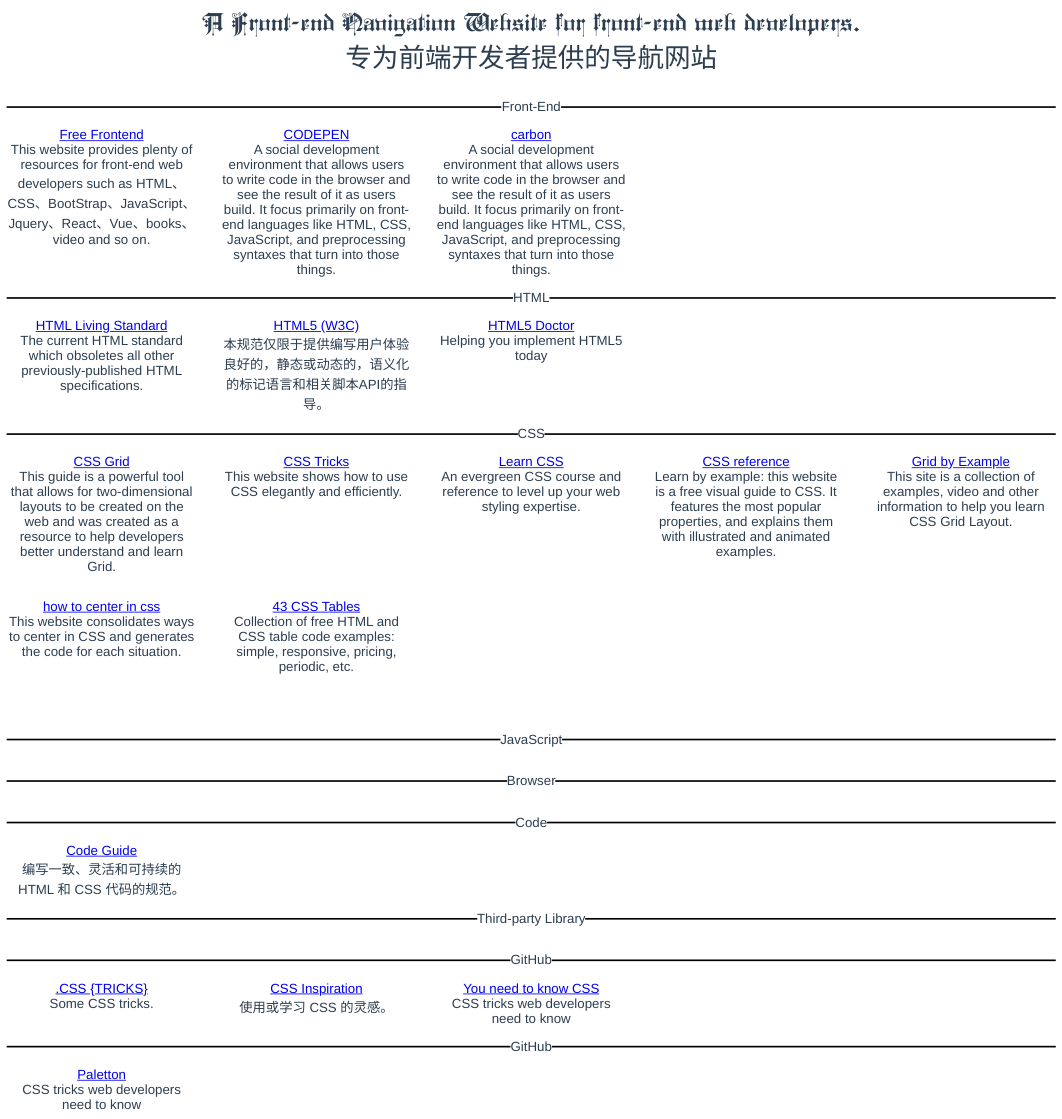
Repository: 321paranoiawhy/fenav.io
Page: /
The author's editor kept a copy of each file at every save. The page is drawn from the files as they stood at one save, then again after a run of saves.
The browser window is 1280 px wide. The pictures show the whole page, at 83% of full size.
The project was rebuilt for these pictures with package versions that can differ from the ones it lists, and the page was loaded fresh each time. Also part of the build but not shown: vue.config.js.

Above is the page before, as saved 2022-04-06 01:06:21.

After the next 2 saves:
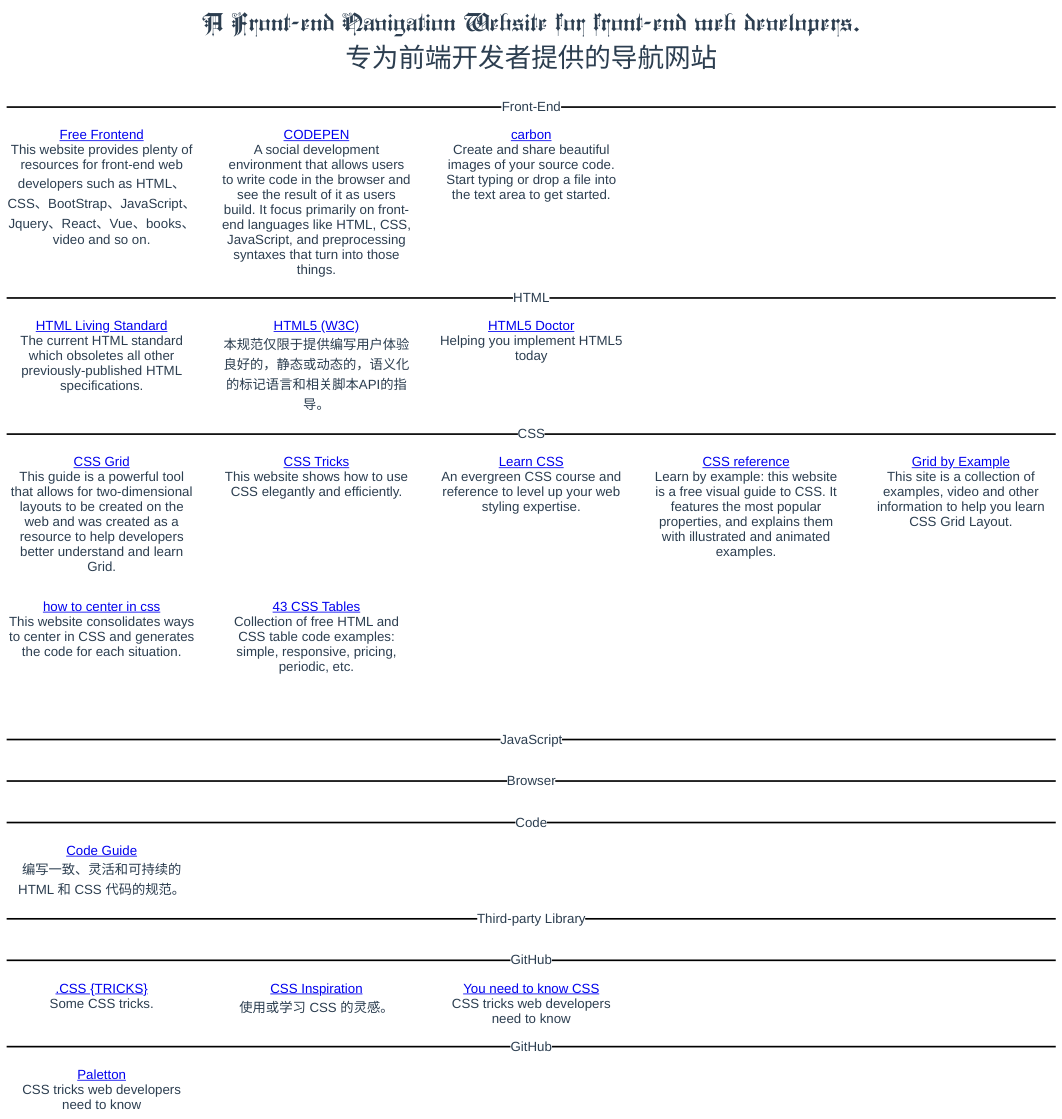
The 2 saves are shown as one change because they came seconds apart.
The last was saved 14 s later.
--- a/src/views/HomeView.vue
+++ b/src/views/HomeView.vue
@@ -18,13 +18,17 @@
         <div class="card">
             <a class="url" href="https://codepen.io/trending">CODEPEN</a>
             <div class="description">
-                A social development environment that allows users to write code in the browser and see the result of it as users build. It focus primarily on front-end languages like HTML, CSS, JavaScript, and preprocessing syntaxes that turn into those things.
+                A social development environment that allows users to write code
+                in the browser and see the result of it as users build. It focus
+                primarily on front-end languages like HTML, CSS, JavaScript, and
+                preprocessing syntaxes that turn into those things.
             </div>
         </div>
         <div class="card">
             <a class="url" href="https://carbon.now.sh/">carbon</a>
             <div class="description">
-                A social development environment that allows users to write code in the browser and see the result of it as users build. It focus primarily on front-end languages like HTML, CSS, JavaScript, and preprocessing syntaxes that turn into those things.
+                Create and share beautiful images of your source code. Start
+                typing or drop a file into the text area to get started.
             </div>
         </div>
     </div>
